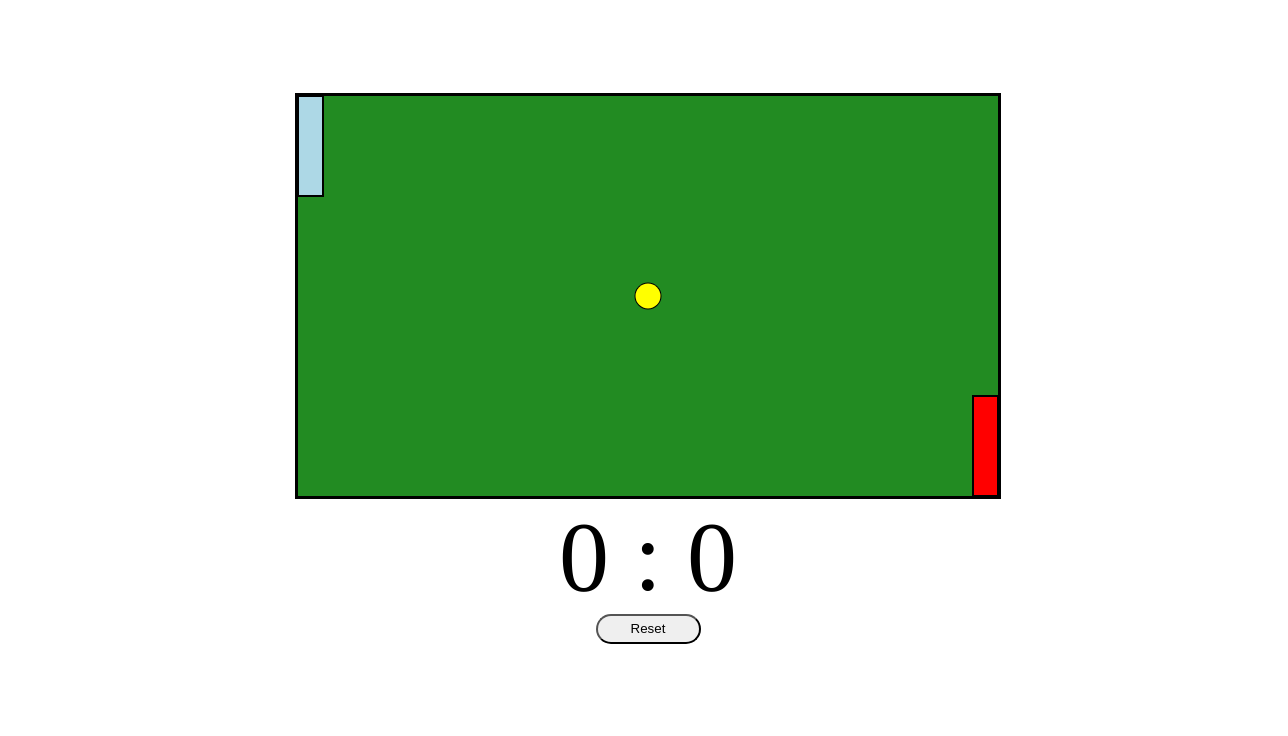
Repository: zacheys123/ping-pong
Page: index.html
An editor plug-in stored every save of this project. The page is shown before and after the next save, followed by the edit.
The browser window is 1280 px wide. The page is 1288 px wide, so the pictures cover 1288 px, including what lies to the right of the window. The pictures show the whole page.

Above is the page before, as saved 2023-07-01 00:11:31.

### index.html
<html lang="en">
	<head>
		<meta charset="UTF-8" />
		<meta http-equiv="X-UA-Compatible" content="IE=edge" />
		<meta
			name="viewport"
			content="width=device-width, initial-scale=1.0"
		/>
		<title>Ping pong</title>
		<link rel="stylesheet" href="style.css" />
	</head>
	<body>
		<div id="gamecontainer">
			<canvas id="gameboard"></canvas>
			<div id="scoretext">0 : 0</div>
			<button id="resetbutton">Reset</button>
		</div>

		<script src="index.js"></script>
	</body>
</html>

### style.css
body {
	display: flex;
	justify-content: center;
	align-items: center;
	position: relative;
	width: 100vw;
	height: 100vh;
	overflow-y: hidden;
}
#gamecontainer {
	position: absolute;
	width: 100%;
	text-align: center;
}
#gameboard {
	border: 3px solid;
}
#scoretext {
	font-family: 'consolas' cursive;
	font-size: 100px;
}
#resetbutton {
	font-family: 'monospace' cursive;
	border-radius: 15px;
	cursor: pointer;
	width: 105px;
	height: 30px;
}

### index.js
const canvas = document.querySelector('#gameboard');
const ctx = canvas.getContext('2d');
const scoreText = document.querySelector('#scoretext');
canvas.width = 700;
canvas.height = 400;
const gamewidth = canvas.width;
const gameheight = canvas.height;
const resetbutton = document.querySelector('#resetbutton');
const paddle1color = 'lightblue';
const paddle2color = 'red';
const gameColor = 'forestgreen';
const paddleBorder = 'black';
const ballcolor = 'yellow';
const ballborder = 'black';
const ballradius = 12.5;
const paddlespeed = 50;

let intervalId = 0;
let ballspeed = 1;
let ballX = gamewidth / 2;
let ballY = gameheight / 2;
let ballXdirection = 0;
let ballYdirection = 0;
let player1core = 0;
let player2core = 0;
let paddle1 = { width: 25, height: 100, x: 0, y: 0 };
let paddle2 = {
	width: 25,
	height: 100,
	x: gamewidth - 25,
	y: gameheight - 100,
};

addEventListener('keydown', changeDirections, true);
resetbutton.addEventListener('click', reset, true);

gameStart();

function gameStart() {
	createBall();
	nextTick();
}
function nextTick() {
	intervalId = setTimeout(function () {
		clearBoard();
		drawPaddles();

		moveBall();
		drawBall(ballX, ballY);
		checkCollision();
		nextTick();
	}, 76);
}
function drawBall(ballX, ballY) {
	ctx.fillStyle = ballcolor;

	ctx.strokeStyle = ballborder;
	ctx.lineWidth = 2;
	ctx.beginPath();
	ctx.arc(ballX, ballY, ballradius, 0, 2 * Math.PI);
	ctx.stroke();
	ctx.fill();
}
function clearBoard() {
	ctx.fillStyle = gameColor;
	ctx.fillRect(0, 0, gamewidth, gameheight);
}
function changeDirections(event) {
	const keyPressed = event.keyCode;
	const paddle1Up = 87;
	const paddle1Down = 83;
	const paddle2Up = 38;
	const paddle2Down = 40;
	switch (keyPressed) {
		case paddle1Up:
			if (paddle1.y > 0) paddle1.y -= paddlespeed;
			break;
		case paddle1Down:
			if (paddle1.y + paddle1.height < gameheight)
				paddle1.y += paddlespeed;
			break;
		case paddle2Up:
			if (paddle2.y > 0) paddle2.y -= paddlespeed;
			break;
		case paddle2Down:
			if (paddle2.y + paddle2.height < gameheight)
				paddle2.y += paddlespeed;
			break;
	}
}
function createBall() {
	ballspeed = 1;
	if (Math.round(Math.random()) === 1) {
		ballXdirection = 1;
	} else {
		ballXdirection = -1;
	}
	if (Math.round(Math.random()) === 1) {
		ballYdirection = 1;
	} else {
		ballYdirection = -1;
	}
	ballX = gamewidth / 2;
	ballY = gameheight / 2;
	drawBall(ballX, ballY);
}
function moveBall() {}
function checkCollision() {}
function drawPaddles() {
	ctx.strokeStyle = paddleBorder;
	ctx.fillStyle = paddle1color;
	ctx.fillRect(paddle1.x, paddle1.y, paddle1.width, paddle1.height);
	ctx.strokeRect(paddle1.x, paddle1.y, paddle1.width, paddle1.height);
	ctx.fillStyle = paddle2color;
	ctx.fillRect(paddle2.x, paddle2.y, paddle2.width, paddle2.height);
	ctx.strokeRect(paddle2.x, paddle2.y, paddle2.width, paddle2.height);
}
function updateScore() {}
function reset() {}

After the next save:
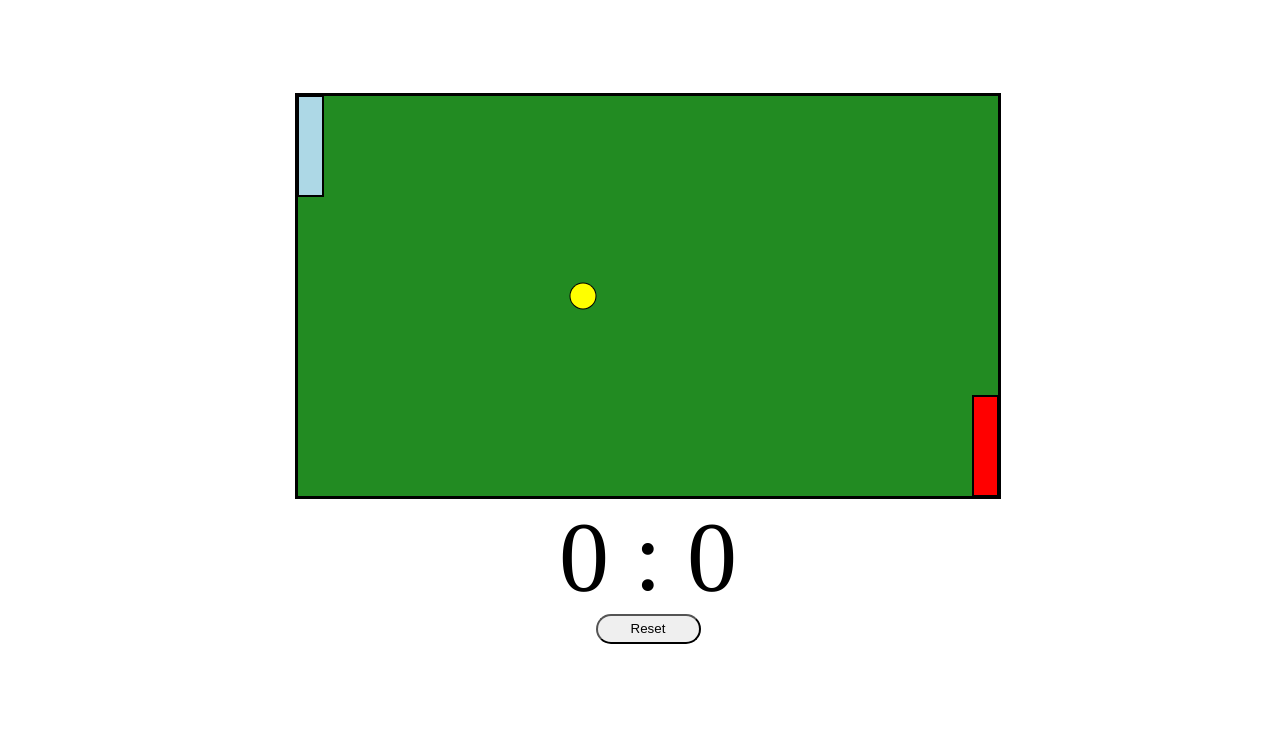
Saved 41 s later.
--- a/index.js
+++ b/index.js
@@ -104,7 +104,9 @@ function createBall() {
 	ballY = gameheight / 2;
 	drawBall(ballX, ballY);
 }
-function moveBall() {}
+function moveBall() {
+	ballX += ballspeed * ballXdirection;
+}
 function checkCollision() {}
 function drawPaddles() {
 	ctx.strokeStyle = paddleBorder;
